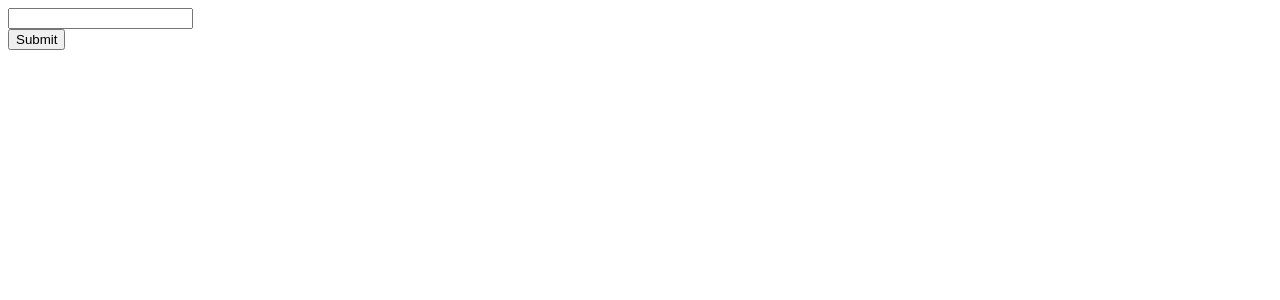
Repository: egniz/egniz
Page: HelloWorld/WebContent/dopost.html
The author's editor kept a copy of each file at every save. The page is drawn from the files as they stood at one save, then again after the next save.
The browser window is 1280 px wide. The pictures show the whole page.

Above is the page before, as saved 2020-01-13 02:16:06.

After the next save:
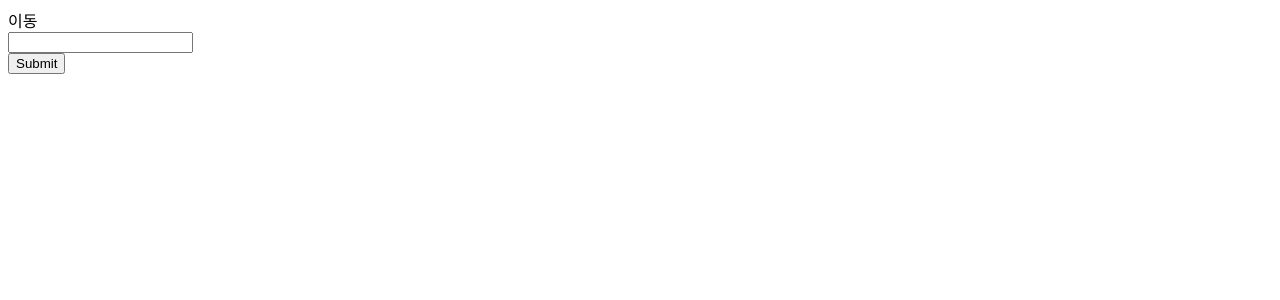
Saved 9 min 13 s later.
--- a/HelloWorld/WebContent/dopost.html
+++ b/HelloWorld/WebContent/dopost.html
@@ -5,7 +5,7 @@
 <title>Insert title here</title>
 </head>
 <body>
-
+<a herf="mts2"> 이동</a>
 <form action="mys2" method="post">
 	<input name="id"><br>
 	<input type="submit">
